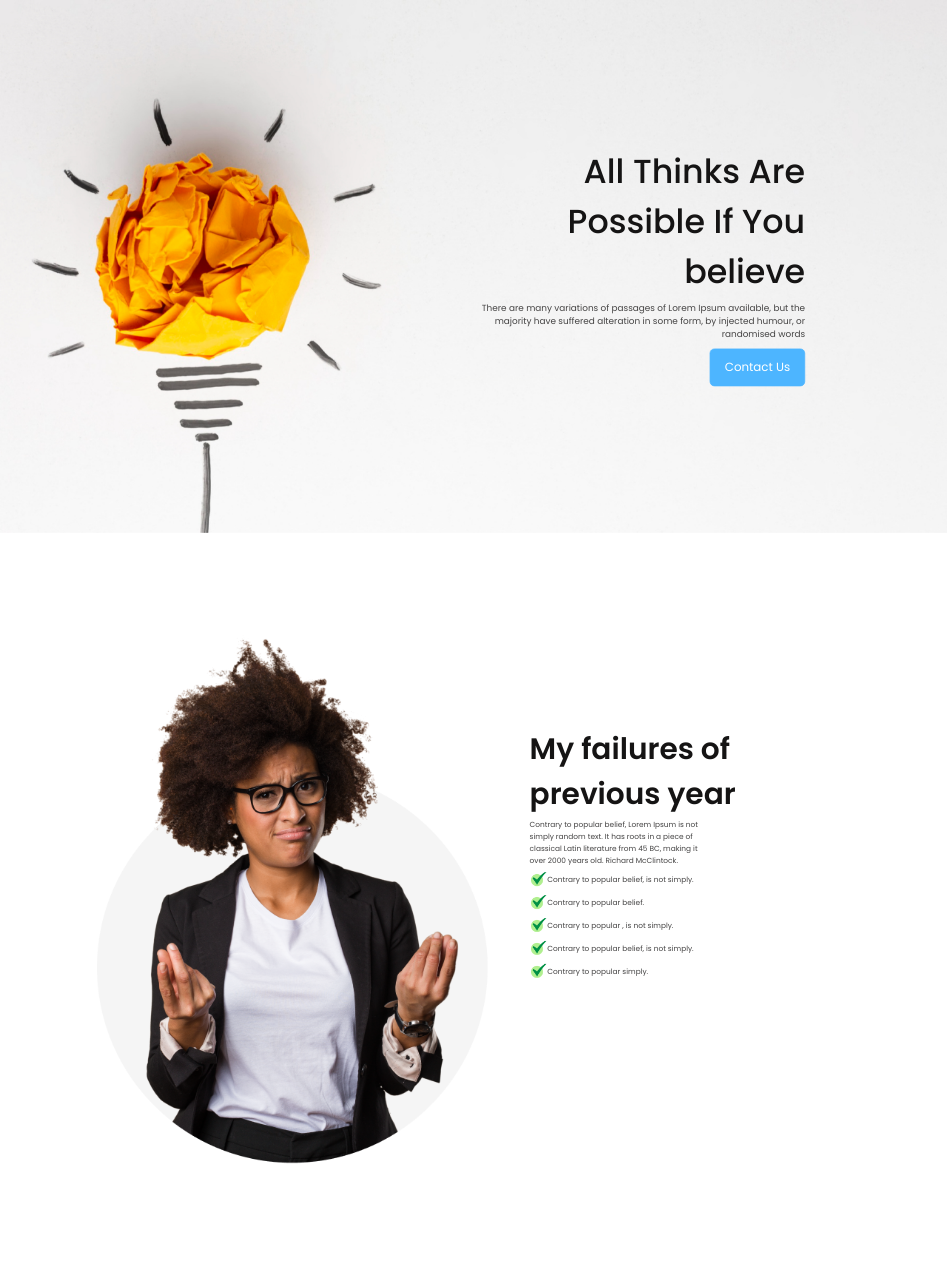
Repository: mdrubel02/new-year-new-mission
Page: index.html
The author's editor kept a copy of each file at every save. The page is drawn from the files as they stood at one save, then again after the next save.
The browser window is 1280 px wide. The pictures show the whole page, at 74% of full size.

Above is the page before, as saved 2023-01-06 23:09:19.

After the next save:
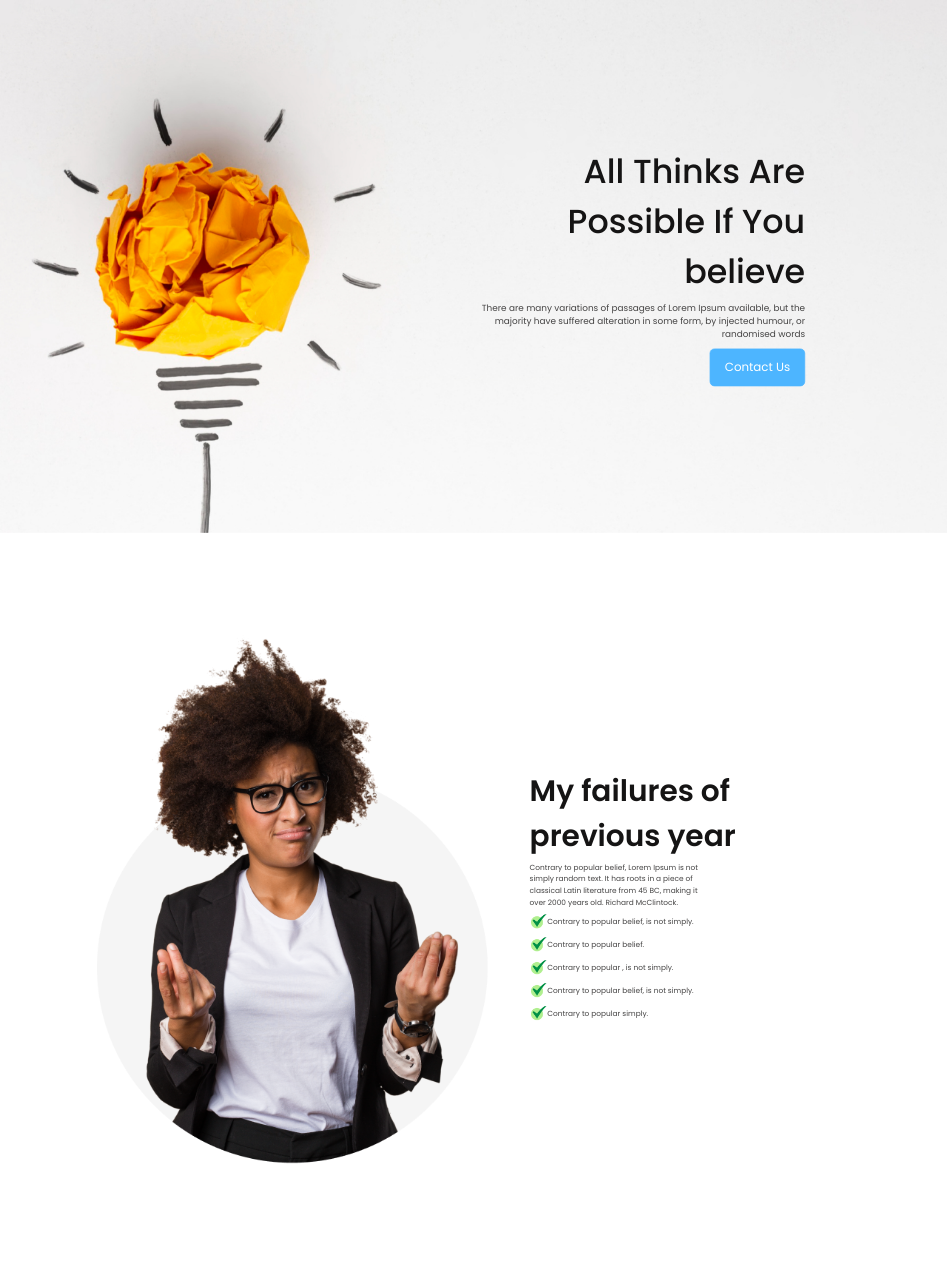
Saved 12 s later.
--- a/index.css
+++ b/index.css
@@ -112,7 +112,6 @@ a:hover {
 }
 .experience_right{
     width: 40%;
-    margin-top: -10%;
 }
 .experience_right h1{
     font-weight: 700;
